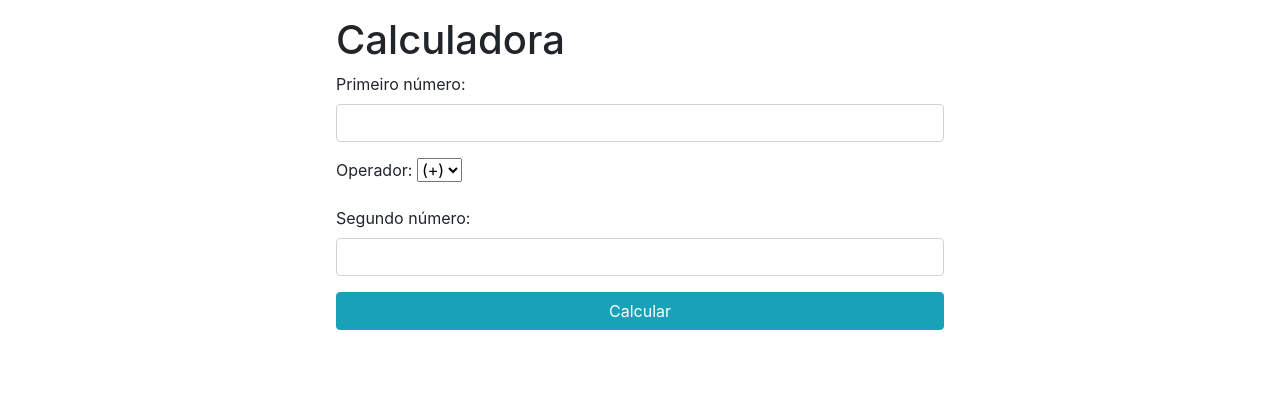
Repository: babirms/DAC
Page: Calculadora/WebContent/home.html
An editor plug-in stored every save of this project. The page is shown before and after the next save, followed by the edit.
The browser window is 1280 px wide. The pictures show the whole page.

Above is the page before, as saved 2020-09-20 23:07:37.
Console error (its wording comes from the project's code and is left out).

After the next save:
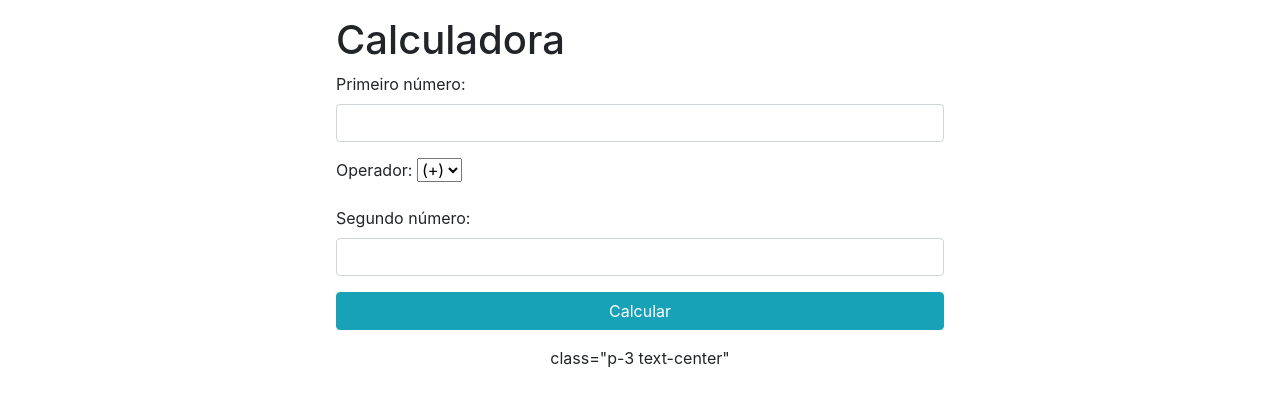
Saved 33 s later.
--- a/Calculadora/WebContent/home.html
+++ b/Calculadora/WebContent/home.html
@@ -9,31 +9,30 @@
 </head>
 <body>
 	<div class="d-flex flex-column align-items-center">
-		<div class="container w-50 p-3">
-			<h1>Calculadora</h1>
-			<form action="CalculadoraServlet" method="get">
-				<div class="form-group">
-					<label for="primeiroNum">Primeiro número: </label> <input
-						type="number" class="form-control" name="primeiroValue"
-						id="primeiroNum ">
-				</div>
-				<div class="form-group">
-					<label>Operador: </label> <select name="operacao">
-						<option value="soma">(+)</option>
-						<option value="sub">(-)</option>
-						<option value="mul">(*)</option>
-						<option value="div">(/)</option>
-					</select>
-				</div>
-				<div class="form-group">
-					<label for="segundoNum">Segundo número: </label> <input
-						type="number" id="segundoNum" class="form-control"
-						name="segundoValue">
-				</div>
-				<button class="btn btn-info btn-block" type="submit">Calcular</button>
-			</form>
-		</div>
-	</div>
+	<div class="container w-50 p-3">
+		<h1>Calculadora</h1>
+		<form action="CalculadoraServlet" method="get">
+			<div class="form-group">
+				<label for="primeiroNum">Primeiro número: </label> <input
+					type="number" class="form-control" name="primeiroValue"
+					id="primeiroNum ">
+			</div>
+			<div class="form-group">
+				<label>Operador: </label> <select name="operacao">
+					<option value="soma">(+)</option>
+					<option value="sub">(-)</option>
+					<option value="mul">(*)</option>
+					<option value="div">(/)</option>
+				</select>
+			</div>
+			<div class="form-group">
+				<label for="segundoNum">Segundo número: </label> <input
+					type="number" id="segundoNum" class="form-control"
+					name="segundoValue">
+			</div>
+			<button class="btn btn-info btn-block" type="submit">Calcular</button>
+		</form>
+	</div> class="p-3 text-center"
 
 </body>
 </html>

After the save that followed:
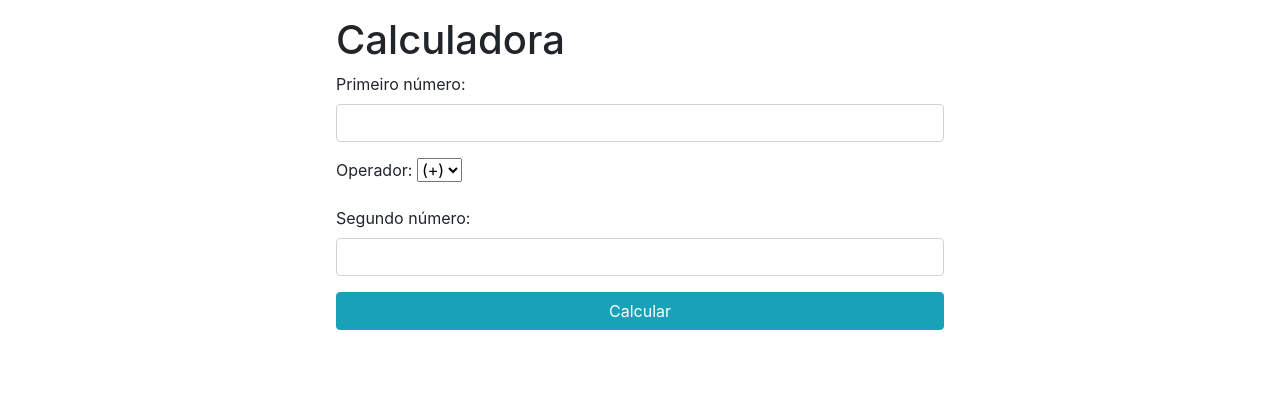
Saved 7 s later.
--- a/Calculadora/WebContent/home.html
+++ b/Calculadora/WebContent/home.html
@@ -9,30 +9,31 @@
 </head>
 <body>
 	<div class="d-flex flex-column align-items-center">
-	<div class="container w-50 p-3">
-		<h1>Calculadora</h1>
-		<form action="CalculadoraServlet" method="get">
-			<div class="form-group">
-				<label for="primeiroNum">Primeiro número: </label> <input
-					type="number" class="form-control" name="primeiroValue"
-					id="primeiroNum ">
-			</div>
-			<div class="form-group">
-				<label>Operador: </label> <select name="operacao">
-					<option value="soma">(+)</option>
-					<option value="sub">(-)</option>
-					<option value="mul">(*)</option>
-					<option value="div">(/)</option>
-				</select>
-			</div>
-			<div class="form-group">
-				<label for="segundoNum">Segundo número: </label> <input
-					type="number" id="segundoNum" class="form-control"
-					name="segundoValue">
-			</div>
-			<button class="btn btn-info btn-block" type="submit">Calcular</button>
-		</form>
-	</div> class="p-3 text-center"
+		<div class="container w-50 p-3">
+			<h1>Calculadora</h1>
+			<form action="CalculadoraServlet" method="get">
+				<div class="form-group">
+					<label for="primeiroNum">Primeiro número: </label> <input
+						type="number" class="form-control" name="primeiroValue"
+						id="primeiroNum ">
+				</div>
+				<div class="form-group">
+					<label>Operador: </label> <select name="operacao">
+						<option value="soma">(+)</option>
+						<option value="sub">(-)</option>
+						<option value="mul">(*)</option>
+						<option value="div">(/)</option>
+					</select>
+				</div>
+				<div class="form-group">
+					<label for="segundoNum">Segundo número: </label> <input
+						type="number" id="segundoNum" class="form-control"
+						name="segundoValue">
+				</div>
+				<button class="btn btn-info btn-block" type="submit">Calcular</button>
+			</form>
+		</div>
+	</div>
 
 </body>
 </html>
